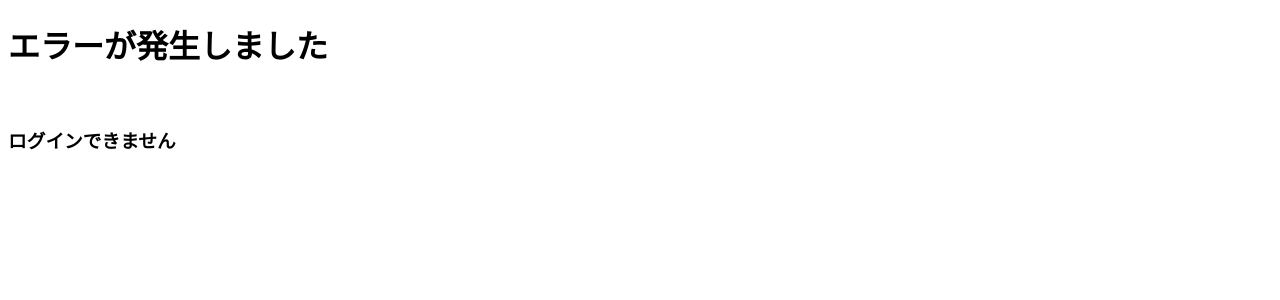
Repository: ryousukefujita-0423/test
Page: http://localhost/WebProj2/loginError.jsp
An editor plug-in stored every save of this project. The page is shown before and after the next save, followed by the edit.
The browser window is 1280 px wide. The pictures show the whole page.
The page is served by Tomcat 9.

Above is the page before, as saved 2019-02-22 08:32:14.

After the next save:
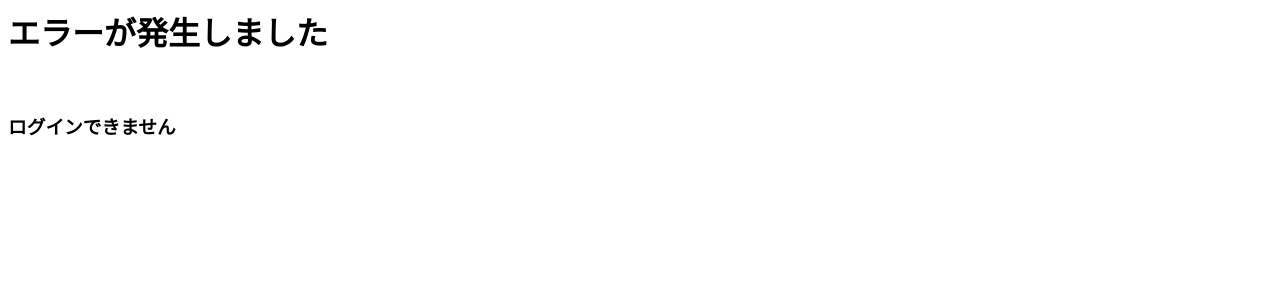
Saved 12 min 54 s later.
--- a/WebProj2/WebContent/loginError.jsp
+++ b/WebProj2/WebContent/loginError.jsp
@@ -1,7 +1,6 @@
 <%@ page language="java" contentType="text/html; charset=UTF-8"
 	pageEncoding="UTF-8"%>
-<%@ taglib prefix="s" uri="/struts-tags"%>
-<!DOCTYPE html>
+<!DOCTYPE>
 <html>
 <head>
 <meta charset="UTF-8">
